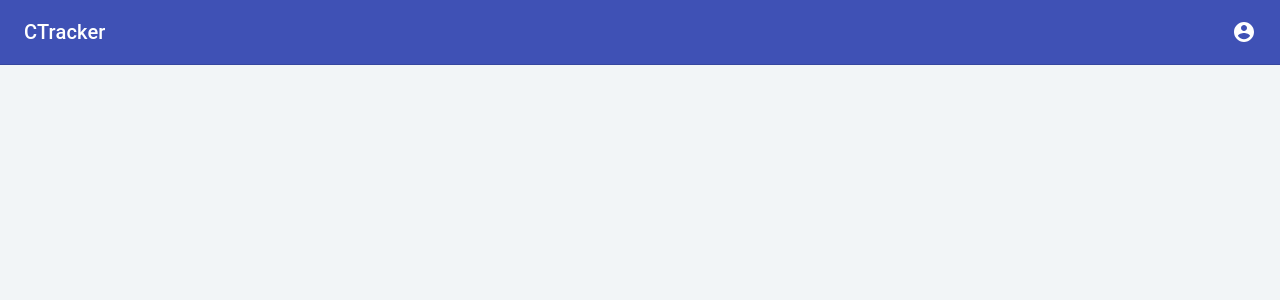
Repository: vinuvish/credit-management-frontend
Page: /
An editor plug-in stored every save of this project. The page is shown before and after the next save, followed by the edit.
The browser window is 1280 px wide. The pictures show the whole page.
The project was rebuilt for these pictures with package versions that can differ from the ones it lists, and the page was loaded fresh each time. Also part of the build but not shown: src/App.css.

Above is the page before, as saved 2021-01-20 17:04:31.

### src/App.tsx
import React from 'react';
import logo from './logo.svg';
import './App.css';
import { theme } from './app_utils/MuiTheme';

import { CssBaseline, MuiThemeProvider, StylesProvider } from '@material-ui/core';
import AppRouterRoutes from './AppRouterRoutes';

function App() {
  return (
    <MuiThemeProvider theme={theme}>
      <CssBaseline />
      <StylesProvider injectFirst>
        <AppRouterRoutes></AppRouterRoutes>
      </StylesProvider>
    </MuiThemeProvider>
  );
}

export default App;

### src/app_utils/MuiTheme.tsx
import { createMuiTheme } from '@material-ui/core/styles';
import { BreakpointOverrides } from '@material-ui/core/styles/createBreakpoints';
import { Shadows } from '@material-ui/core/styles/shadows';

declare module '@material-ui/core/styles/createBreakpoints' {
  interface BreakpointOverrides {
    xs: true;
    sm: true;
    md: true;
    lg: true;
    xl: true;
    tablet: true;
    laptop: true;
    desktop: true;
  }
}

export const theme = createMuiTheme({
  breakpoints: {
    values: { xs: 0, sm: 600, md: 960, lg: 1280, xl: 1920, tablet: 400, laptop: 900, desktop: 1200 }
  },

  shadows: Array(25).fill('none') as Shadows,

  props: {
    MuiInput: { disableUnderline: true },
    MuiButton: { disableElevation: true },
    MuiButtonBase: { disableRipple: true },
    MuiPaper: { elevation: 0 },
    MuiCard: { elevation: 0 },
    MuiDivider: { color: 'white' },
    MuiOutlinedInput: {}
  },
  overrides: {
    MuiPaper: {
      root: {
        elevation: 0
      }
    },
    MuiCard: {
      root: {
        elevation: 0
      }
    },
    MuiButton: {
      root: {
        textTransform: 'capitalize'
      }
    }
  },
  palette: {
    background: {
      default: '#F2F5F7'
    }
  }
});

export const breakpoint = {
  xs: `(min-width: 0px)`,
  sm: `(min-width: 576px)`,
  md: `(min-width: 768px)`,
  lg: `(min-width: 992px)`,
  xl: `(min-width: 1200px)`
};

### src/AppRouterRoutes.tsx
import { Route, Router, Switch } from 'react-router-dom';
import history from './app_utils/History';
import React, { Component } from 'react'
import ZAppBar from './components/ZAppBar';
import ApplicationPage from './pages/ApplicationPage';

const AppRouterRoutes = () => {

    return (
        <div>
            <Router history={history}>
                <ZAppBar />
                <>
                    <Switch>{[Routes]}</Switch>
                </>
            </Router>

        </div >
    );

};
const Routes = [
    <Route exact path='/' component={ApplicationPage} />,

]

export default AppRouterRoutes;

### src/app_utils/History.tsx
import { createBrowserHistory } from 'history';
export default createBrowserHistory({});

### src/components/ZAppBar.tsx
import AppBar from '@material-ui/core/AppBar';
import Badge from '@material-ui/core/Badge';
import IconButton from '@material-ui/core/IconButton';
import Menu from '@material-ui/core/Menu';
import MenuItem from '@material-ui/core/MenuItem';
import { createStyles, makeStyles, Theme } from '@material-ui/core/styles';
import Toolbar from '@material-ui/core/Toolbar';
import Typography from '@material-ui/core/Typography';
import AccountCircle from '@material-ui/icons/AccountCircle';
import MailIcon from '@material-ui/icons/Mail';
import MenuIcon from '@material-ui/icons/Menu';
import MoreIcon from '@material-ui/icons/MoreVert';
import NotificationsIcon from '@material-ui/icons/Notifications';
import React from 'react';
import history from '../app_utils/History';

export default function ZAppBar() {
  const classes = useStyles();
  const [drawerTemporary, setDrawerTemporary] = React.useState(false);
  const [anchorEl, setAnchorEl] = React.useState<null | HTMLElement>(null);
  const [mobileMoreAnchorEl, setMobileMoreAnchorEl] = React.useState<null | HTMLElement>(null);

  const isMenuOpen = Boolean(anchorEl);
  const isMobileMenuOpen = Boolean(mobileMoreAnchorEl);

  const handleTemporaryDrawer = () => {
    setDrawerTemporary((prev) => !prev);
  };

  const handleProfileMenuOpen = (event: React.MouseEvent<HTMLElement>) => {
    setAnchorEl(event.currentTarget);
  };

  const handleMobileMenuClose = () => {
    setMobileMoreAnchorEl(null);
  };

  const handleMenuClose = () => {
    setAnchorEl(null);
    handleMobileMenuClose();
  };

  const handleMobileMenuOpen = (event: React.MouseEvent<HTMLElement>) => {
    setMobileMoreAnchorEl(event.currentTarget);
  };

  const signOut = async () => {

    history.push('/signIn');
  };

  const menuId = 'primary-search-account-menu';
  const renderMenu = (
    <Menu
      anchorEl={anchorEl}
      anchorOrigin={{ vertical: 'top', horizontal: 'right' }}
      id={menuId}
      keepMounted
      transformOrigin={{ vertical: 'top', horizontal: 'right' }}
      open={isMenuOpen}
      onClose={handleMenuClose}
    >
      <MenuItem
        onClick={() => {
          handleMenuClose();
          signOut();
        }}
      >
        Sign Out
      </MenuItem>
    </Menu>
  );


  return (
    <div className={classes.grow}>
      <AppBar className={classes.appBar} position='fixed' elevation={2}>
        <Toolbar>
          <IconButton className={classes.menuButton} onClick={handleTemporaryDrawer} edge='start' color='inherit' aria-label='open drawer'>
            <MenuIcon />
          </IconButton>
          <Typography className={classes.title} variant='h6' noWrap>
            CTracker
          </Typography>

          <div className={classes.grow} />
          <div className={classes.sectionDesktop}>
            <IconButton edge='end' aria-label='account of current user' aria-controls={menuId} aria-haspopup='true' onClick={handleProfileMenuOpen} color='inherit'>
              <AccountCircle />
            </IconButton>
          </div>

        </Toolbar>
      </AppBar>



      {renderMenu}


    </div>
  );
}

const useStyles = makeStyles((theme: Theme) =>
  createStyles({
    appBar: {
      zIndex: theme.zIndex.drawer + 1,
      borderBottom: '1px solid rgba(0, 0, 0, 0.12)'
    },
    grow: {
      flexGrow: 1
    },
    menuButton: {
      display: 'none',
      marginRight: theme.spacing(2),
      [theme.breakpoints.down('md')]: {
        display: 'flex'
      }
    },
    title: {
      display: 'block'
    },

    content: {
      flexGrow: 1,
      padding: theme.spacing(3)
    },
    sectionDesktop: {
      display: 'flex',
      [theme.breakpoints.down('md')]: {
        display: 'none'
      }
    },
    sectionMobile: {
      display: 'none',
      [theme.breakpoints.down('md')]: {
        display: 'flex'
      }
    }
  })
);

### src/pages/ApplicationPage.tsx
import * as React from 'react';
import { makeStyles, Theme } from '@material-ui/core/styles';

interface Props { }

const ApplicationPage: React.FC<Props> = () => {
  const classes = useStyles();
  return <div>Aboussr</div>;
};

const useStyles = makeStyles((theme: Theme) => ({
  root: {}
}));

ApplicationPage.defaultProps = {};

export default ApplicationPage;

Loaded but not shown: public/index.html (common file); src/index.tsx (common file); src/index.css (common file); src/reportWebVitals.ts (common file)

After the next save:
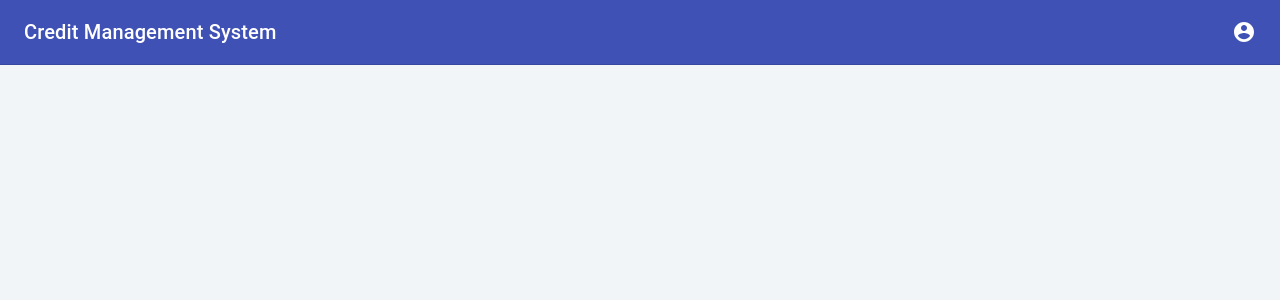
Saved 52 s later.
--- a/src/components/ZAppBar.tsx
+++ b/src/components/ZAppBar.tsx
@@ -80,7 +80,7 @@ export default function ZAppBar() {
             <MenuIcon />
           </IconButton>
           <Typography className={classes.title} variant='h6' noWrap>
-            CTracker
+            Credit Management System
           </Typography>
 
           <div className={classes.grow} />
